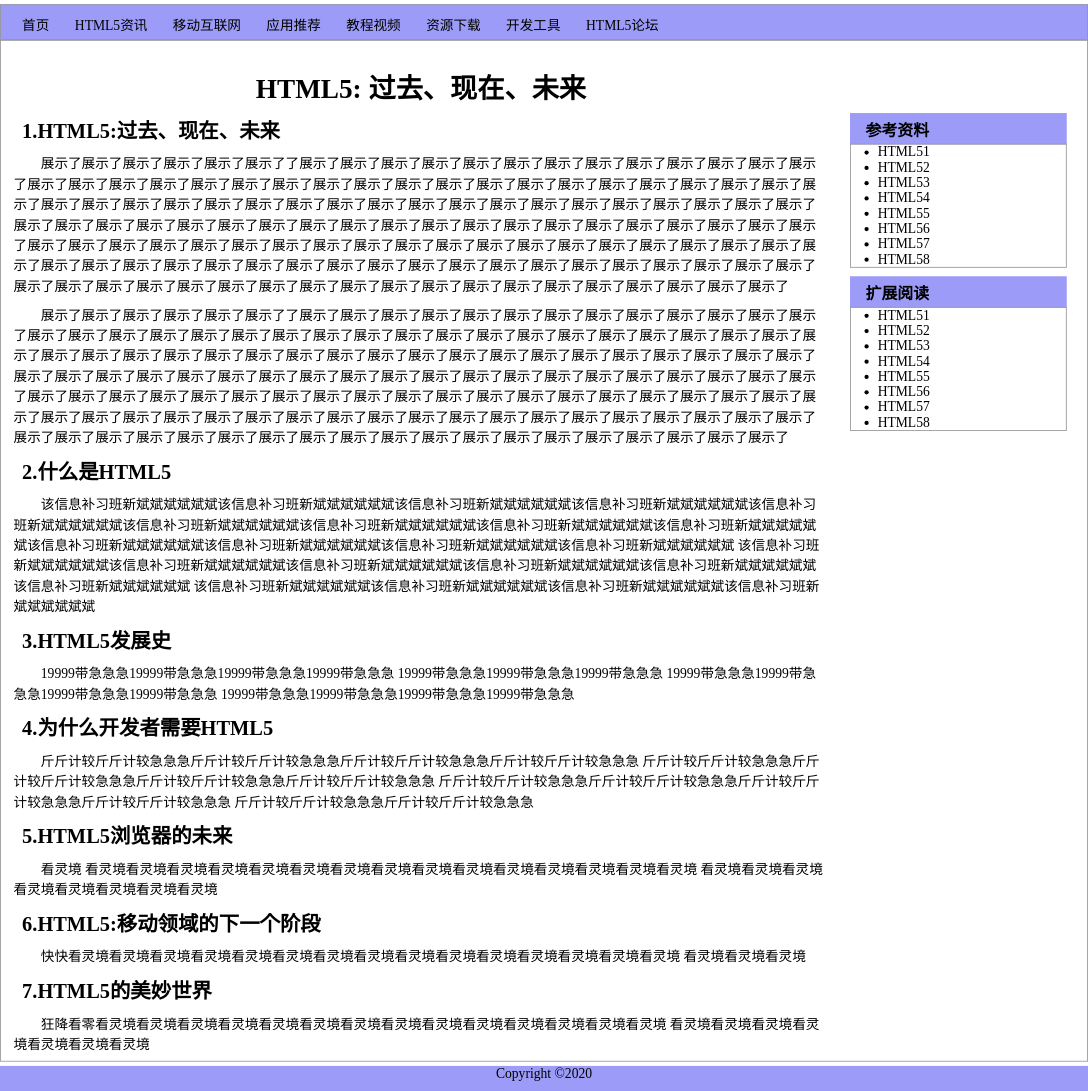
Repository: LstHeart/html-learning
Page: css/案例作业2.html
An editor plug-in stored every save of this project. The page is shown before and after the next save, followed by the edit.
The browser window is 1280 px wide. The pictures show the whole page, at 85% of full size.

Above is the page before, as saved 2021-01-05 23:26:08.

After the next save:
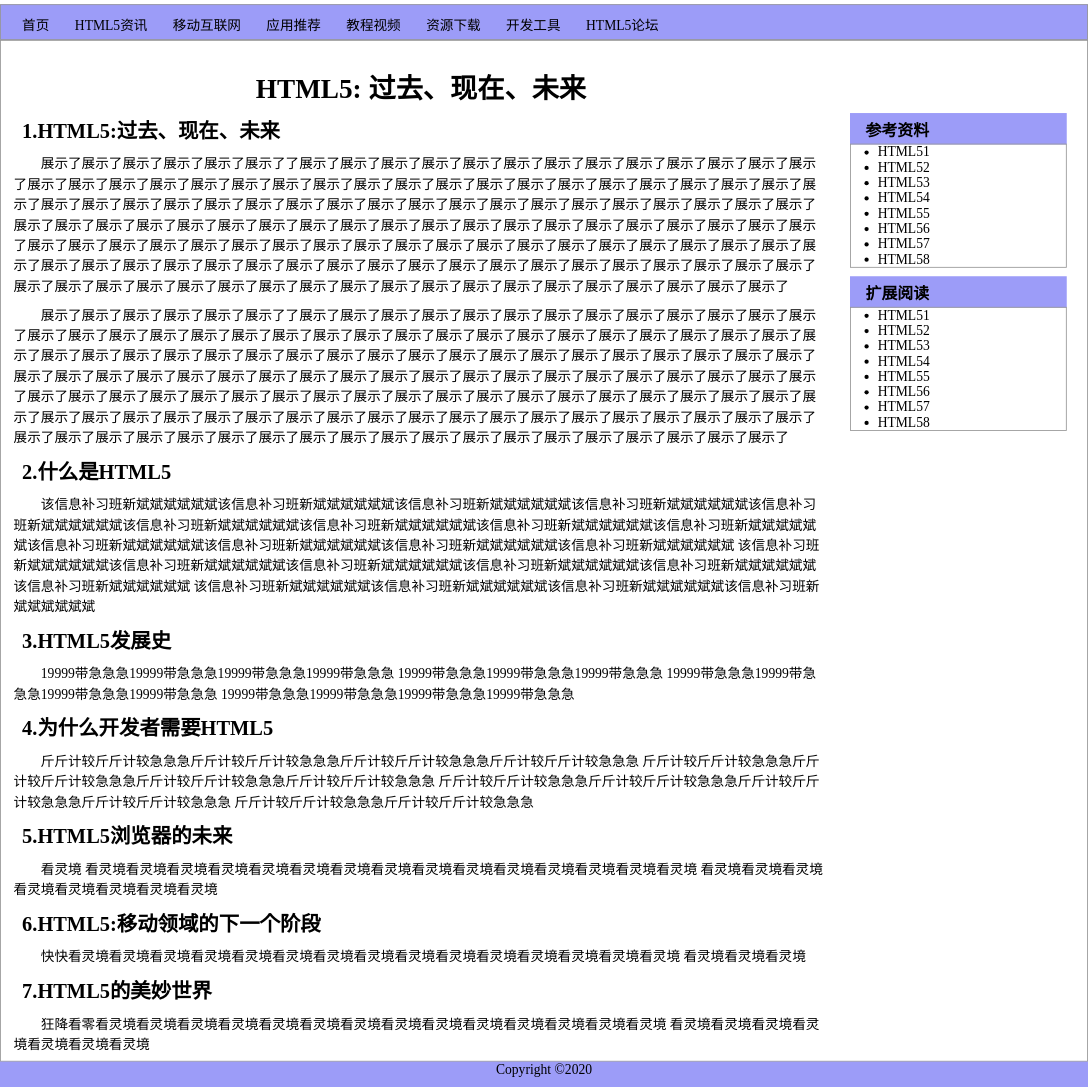
Saved 12 s later.
--- a/css/html5.css
+++ b/css/html5.css
@@ -90,5 +90,5 @@ a{
     margin-left: 2em;
 }
 .footer{
-    margin-bottom: 0;
+    margin-top: 0;
 }
